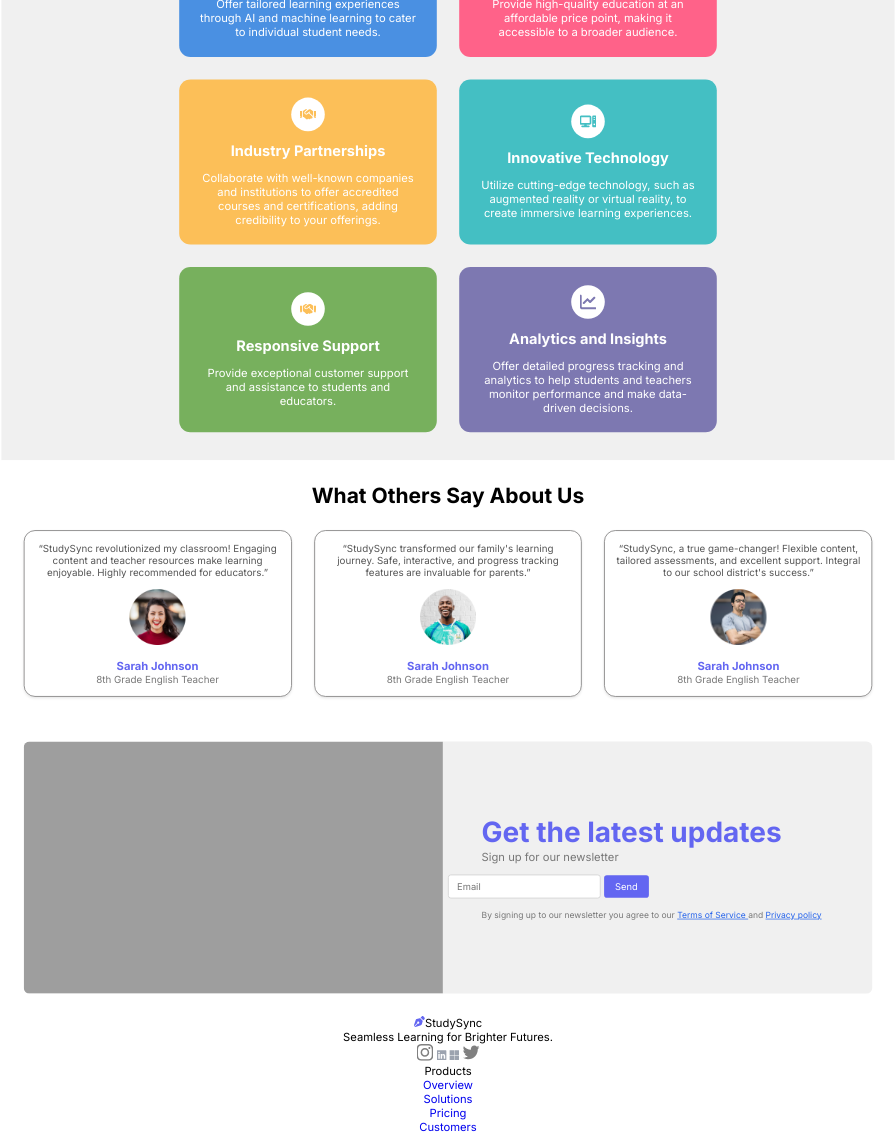
Repository: Vaibhav979/StudySync-FrontEnd-Project
Page: index.html
An editor plug-in stored every save of this project. The page is shown before and after a run of saves, followed by the edit.
The browser window is 1280 px wide. The pictures show the part of the page from y = 1128 to 3048 px (the page is 2748 px tall before and 3048 px after), at 70% of full size.
Pictures or frames that could not be fetched are drawn as grey boxes. A picture or video elsewhere on the page could not be fetched, so the positions and the page height are approximate.

Above is the page before, as saved 2025-04-18 23:16:48.

After the next 2 saves:
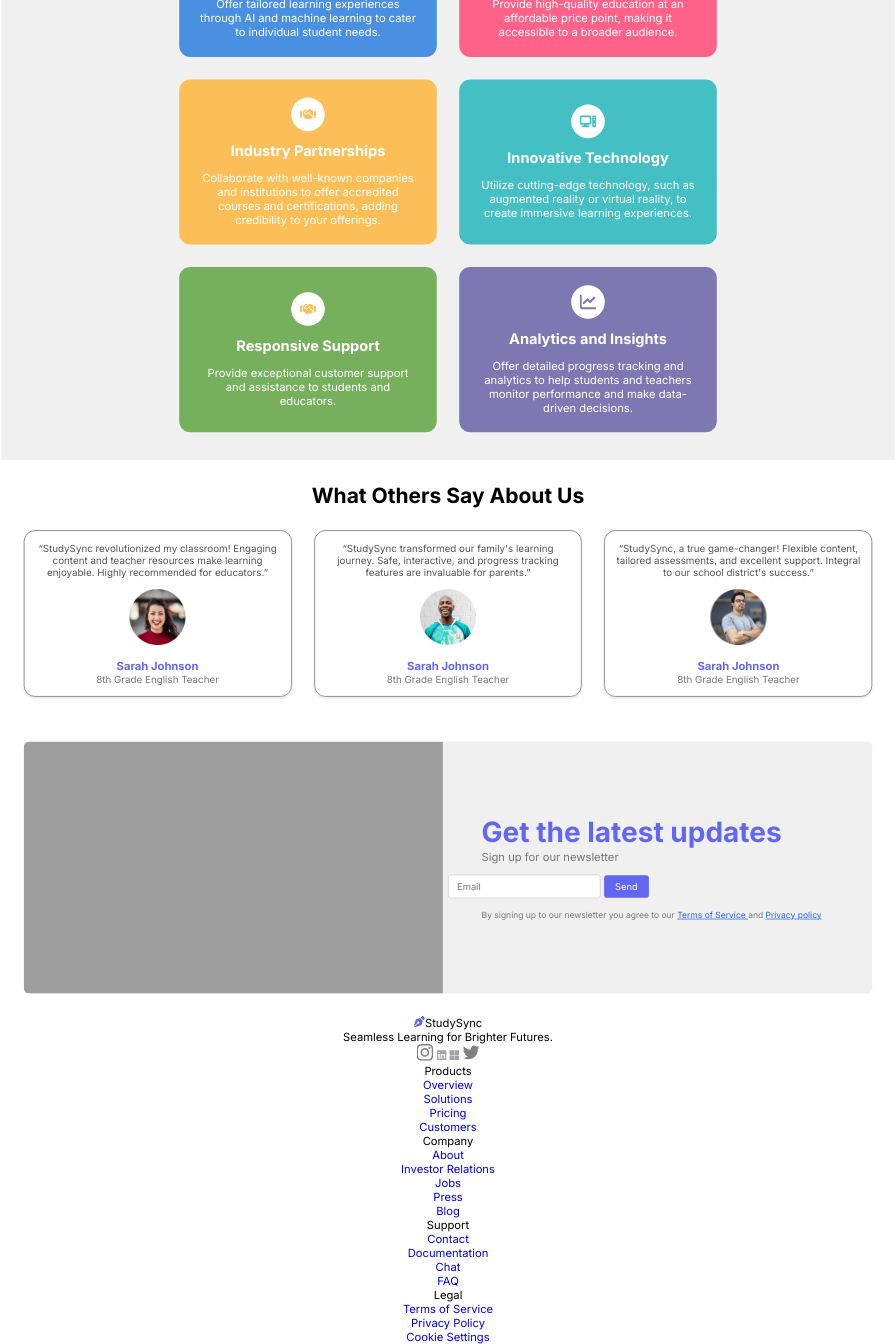
The 2 saves are shown as one change because they came seconds apart.
The last was saved 57 s later.
--- a/index.html
+++ b/index.html
@@ -299,6 +299,66 @@
                         </li>
                     </ul>
                 </div>
+                <div class="footer-grid-column">
+                    <div class="footer-grid-heading">
+                        Company
+                    </div>
+                    <ul class="footer-links-list">
+                        <li>
+                            <a href="#overview" class="footer-link">About</a>
+                        </li>
+                        <li>
+                            <a href="#overview" class="footer-link">Investor Relations</a>
+                        </li>
+                        <li>
+                            <a href="#overview" class="footer-link">Jobs</a>
+                        </li>
+                        <li>
+                            <a href="#overview" class="footer-link">Press</a>
+                        </li>
+                        <li>
+                            <a href="#overview" class="footer-link">Blog</a>
+                        </li>
+                    </ul>
+                </div>
+                <!-- column 3 -->
+                <div class="footer-grid-column">
+                    <div class="footer-grid-heading">
+                        Support
+                    </div>
+                    <ul class="footer-links-list">
+                        <li>
+                            <a href="#overview" class="footer-link">Contact</a>
+                        </li>
+                        <li>
+                            <a href="#overview" class="footer-link">Documentation</a>
+                        </li>
+                        <li>
+                            <a href="#overview" class="footer-link">Chat</a>
+                        </li>
+                        <li>
+                            <a href="#overview" class="footer-link">FAQ</a>
+                        </li>
+                    </ul>
+                </div>
+                <!-- column 4 -->
+                <div class="footer-grid-column">
+                    <div class="footer-grid-heading">
+                        Legal
+                    </div>
+                    <ul class="footer-links-list">
+                        <li>
+                            <a href="#overview" class="footer-link">Terms of Service</a>
+                        </li>
+                        <li>
+                            <a href="#overview" class="footer-link">Privacy Policy</a>
+                        </li>
+                        <li>
+                            <a href="#overview" class="footer-link">Cookie Settings</a>
+                        </li>
+
+                    </ul>
+                </div>
             </div>
         </footer>
         <div class="footer-copyright">
